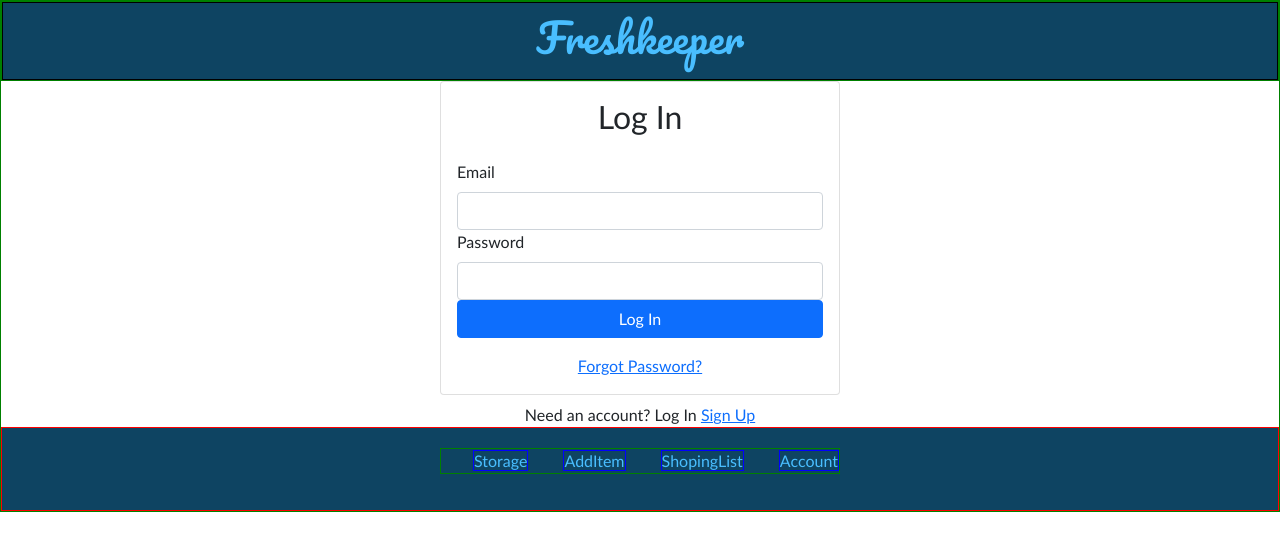
Repository: patrik-fredlund/freshkeeper-repo
Page: /
These files come from the project's save history. The page is drawn as it stood at one moment and after the next save; the edit follows.
The browser window is 1280 px wide. The pictures show the whole page.
The project was rebuilt for these pictures with package versions that can differ from the ones it lists, and the page was loaded fresh each time. Also part of the build but not shown: src/components/Signup.js, src/components/Account.js, src/components/ForgotPassword.js, src/components/UpdateProfile.js, src/components/Storage.js, src/components/Shopinglist.js, src/components/AddItem.js.

Above is the page before, as saved 2021-10-15 23:06:50.

### public/index.html
<!DOCTYPE html>
<html lang="en">

<head>
  <meta charset="utf-8" />
  <link rel="icon" href="%PUBLIC_URL%/favicon.ico" />
  <meta name="viewport" content="width=device-width, initial-scale=1" />
  <meta name="theme-color" content="#000000" />
  <meta name="description" content="Web site created using create-react-app" />
  <link rel="apple-touch-icon" href="%PUBLIC_URL%/logo192.png" />

  <link rel="manifest" href="%PUBLIC_URL%/manifest.json" />

  <title>Freshkeeper</title>
</head>

<body>
  <noscript>You need to enable JavaScript to run this app.</noscript>
  <div id="root"></div>

</body>

</html>

### src/index.js
import React from 'react';
import ReactDOM from 'react-dom';
import App from './components/App';
import 'bootstrap/dist/css/bootstrap.min.css';

ReactDOM.render(
  <React.StrictMode>
    <App />
  </React.StrictMode>,
  document.getElementById('root')
);

### src/components/App.js
import { Container } from 'react-bootstrap';
import '../App.css';
import Signup from './Signup';
import { AuthProvider } from '../context/AuthContext';
import { BrowserRouter as Router, Switch, Route } from 'react-router-dom';
import Account from './Account';
import Login from './Login';
import PrivateRoute from './PrivateRoute';
import ForgotPassword from './ForgotPassword';
import UpdateProfile from './UpdateProfile';
import Storage from './Storage';
import { AppWrap } from './appStyles';
import Header from './header/header';
import ShopingList from './Shopinglist';
import AddItem from './AddItem';
import Navbar from './navbar/Navbar';

function App() {
  return (
    <AppWrap>
      <Header />
      <Container
        className='d-flex align-items-center justify-content-center'
        // style={{ minHeight: '10vh' }}
      >
        <div className='w-100' style={{ maxWidth: '400px' }}>
          <Router>
            <AuthProvider>
              <Switch>
                <PrivateRoute exact path='/' component={Storage} />
                <PrivateRoute path='/additem' component={AddItem} />
                <PrivateRoute path='/shopinglist' component={ShopingList} />
                <PrivateRoute path='/account' component={Account} />
                <PrivateRoute
                  path='/update-profile'
                  component={UpdateProfile}
                />
                <Route path='/signup' component={Signup} />
                <Route path='/login' component={Login} />
                <Route path='/forgot-password' component={ForgotPassword} />
              </Switch>
            </AuthProvider>
          </Router>
        </div>
      </Container>
      <Navbar />
    </AppWrap>
  );
}

export default App;

### src/App.css
@import url('https://fonts.googleapis.com/css2?family=Pacifico&display=swap');

* {
  box-sizing: border-box;
  margin: 0;
  padding: 0;
  font-family: 'Gill Sans', 'Gill Sans MT', Calibri, 'Trebuchet MS', sans-serif;
}

.container {
  display: flex;
  flex-direction: column;
  justify-content: center;
  align-items: center;
}

.top_nav {
  display: flex;
  flex-direction: row;
  justify-content: center;
  align-items: center;
  padding: 14px 16px 14px 18px;

  position: absolute;
  width: 414px;
  height: 65px;
  left: 0px;
  top: 0px;

  background: #0e4462;
  border-radius: 4px;
}

.freshkeeper_header {
  position: static;

  font-family: 'Pacifico', cursive;

  font-weight: normal;
  font-size: 20px;

  display: flex;
  align-items: center;
  text-align: center;

  color: #49beff;

  /* Inside Auto Layout */

  flex: none;
  order: 0;
  flex-grow: 0;
  margin: 0px 10px;
}

### src/context/AuthContext.js
import React, { useContext, useState, useEffect } from 'react';
import { auth } from '../firebase';

const AuthContext = React.createContext();

export function useAuth() {
  return useContext(AuthContext);
}

export function AuthProvider({ children }) {
  const [currentUser, setCurrentUser] = useState();
  const [loading, setLoading] = useState(true);

  function signup(email, password) {
    return auth.createUserWithEmailAndPassword(email, password);
  }

  function login(email, password) {
    return auth.signInWithEmailAndPassword(email, password);
  }

  function logout() {
    return auth.signOut();
  }

  function resetPassword(email) {
    return auth.sendPasswordResetEmail(email);
  }

  function updateEmail(email) {
    return currentUser.updateEmail(email);
  }

  function updatePassword(password) {
    return currentUser.updatePassword(password);
  }

  useEffect(() => {
    const unsubscribe = auth.onAuthStateChanged((user) => {
      setCurrentUser(user);
      setLoading(false);
    });
    return unsubscribe;
  }, []);

  const value = {
    currentUser,
    login,
    signup,
    logout,
    resetPassword,
    updateEmail,
    updatePassword,
  };

  return (
    <AuthContext.Provider value={value}>
      {!loading && children}
    </AuthContext.Provider>
  );
}

### src/components/Login.js
import React, { useRef, useState } from 'react';
import { Form, Button, Card, Alert } from 'react-bootstrap';
import { useAuth } from '../context/AuthContext';
import { Link, useHistory } from 'react-router-dom';

export default function Login() {
  const emailRef = useRef();
  const passwordRef = useRef();
  const { login } = useAuth();
  const [error, setError] = useState('');
  const [loading, setLoading] = useState(false);
  const history = useHistory();

  async function handleSubmit(e) {
    e.preventDefault();

    try {
      setError('');
      setLoading(true);
      await login(emailRef.current.value, passwordRef.current.value);
      history.push('/');
    } catch {
      setError('Failed to Log In');
    }

    setLoading(false);
  }

  return (
    <>
      <Card>
        <Card.Body>
          <h2 className='text-center mb-4'>Log In</h2>

          {error && <Alert variant='danger'>{error}</Alert>}
          <Form onSubmit={handleSubmit}>
            <Form.Group id='email'>
              <Form.Label>Email</Form.Label>
              <Form.Control type='email' ref={emailRef} required />
            </Form.Group>
            <Form.Group id='password'>
              <Form.Label>Password</Form.Label>
              <Form.Control type='password' ref={passwordRef} required />
            </Form.Group>

            <Button disabled={loading} className='w-100' type='submit'>
              Log In
            </Button>
          </Form>
          <div className='w-100 text-center mt-3'>
            <Link to='/forgot-password'>Forgot Password?</Link>
          </div>
        </Card.Body>
      </Card>
      <div className='w-100 text-center mt-2'>
        Need an account? Log In <Link to='/signup'>Sign Up </Link>
      </div>
    </>
  );
}

### src/components/PrivateRoute.js
import React from 'react';
import { Route, Redirect } from 'react-router-dom';
import { useAuth } from '../context/AuthContext';

export default function PrivateRoute({ component: Component, ...rest }) {
  const { currentUser } = useAuth();

  return (
    <Route
      {...rest}
      render={(props) => {
        return currentUser ? (
          <Component {...props} />
        ) : (
          <Redirect to='/login' />
        );
      }}
    ></Route>
  );
}

### src/components/appStyles.js
import styled from 'styled-components';

export const AppWrap = styled.div`
  /* display: flex;
  flex-flow: column; */
  width: 100%;
  border: 1px solid green;
`;

### src/components/header/header.js
import React from 'react';
import GlobalStyle from '../globalStyles';
import { HeaderWrap } from './headerStyles';

function Header() {
  return (
    <HeaderWrap>
      <GlobalStyle />
      {/* <div className='top_nav'>
        <h2 className='freshkeeper_header'>Freshkeeper</h2>
      </div> */}
      <div className='headerContainer'>
        <h1>Freshkeeper</h1>
      </div>
    </HeaderWrap>
  );
}

export default Header;

### src/components/navbar/Navbar.js
import React from 'react';
import { AppWrap } from '../appStyles';
import { HeaderWrap } from '../header/headerStyles';
import { MenuList } from './MenuList';
import { NavbarStyles } from './navbarStyles';

const Navbar = () => {
  const menuList = MenuList.map(({ url, title, index }) => {
    return (
      <li key={index}>
        <a href={url}>{title}</a>
      </li>
    );
  });

  return (
    <NavbarStyles>
      <ul className='menu-list'>{menuList} </ul>
    </NavbarStyles>
  );
};

export default Navbar;

### src/firebase.js
import firebase from 'firebase/compat/app';
import 'firebase/compat/auth';

const app = firebase.initializeApp({
  apiKey: process.env.REACT_APP_FIREBASE_API_KEY,
  authDomain: process.env.REACT_APP_FIREBASE_AUTH_DOMAIN,
  projectId: process.env.REACT_APP_FIREBASE_PROJECT_ID,
  storageBucket: process.env.REACT_APP_FIREBASE_STORAGE_BUCKET,
  messagingSenderId: process.env.REACT_APP_FIREBASE_MESSAGE_SENDER_ID,
  appId: process.env.REACT_APP_FIREBASE_APP_ID,
});

export const auth = app.auth();
export default app;

### src/components/globalStyles.js
import { createGlobalStyle } from 'styled-components';

const GlobalStyle = createGlobalStyle`
@import url('https://fonts.googleapis.com/css2?family=Pacifico&display=swap');

  h1 {
     font-family: 'pacifico';
  }
`;

export default GlobalStyle;

### src/components/header/headerStyles.js
import styled from 'styled-components';

export const HeaderWrap = styled.div`
  width: 100%;
  border: 1px solid green;

  .headerContainer {
    border: 1px solid black;
    background-color: #0e4462;
    color: #49beff;
    padding: 10px 0;
    display: flex;
    align-items: center;
    justify-content: center;
  }
`;

### src/components/navbar/MenuList.js
export const MenuList = [
  {
    title: 'Storage',
    url: '/',
  },
  {
    title: 'AddItem',
    url: '/additem',
  },
  {
    title: 'ShopingList',
    url: '/shopinglist',
  },
  {
    title: 'Account',
    url: '/account',
  },
];

### src/components/navbar/navbarStyles.js
import styled from 'styled-components';

export const NavbarStyles = styled.div`
  border: 1px solid red;
  display: flex;
  /* max-width: 400px; */
  justify-content: center;
  align-items: center;
  background-color: #0e4462;
  padding: 20px;
  position: relative;
  z-index: 99;
  margin: auto;

  .menu-list {
    display: flex;
    align-items: center;
    list-style-type: none;
    width: 100%;
    border: 1px solid green;
    justify-content: space-between;
    max-width: 400px;

    /* padding: 10px 10px; */
  }

  a {
    color: #49beff;

    text-decoration: none;
    border: 1px solid blue;
    /* padding: 10px; */
  }
`;

After the next save:
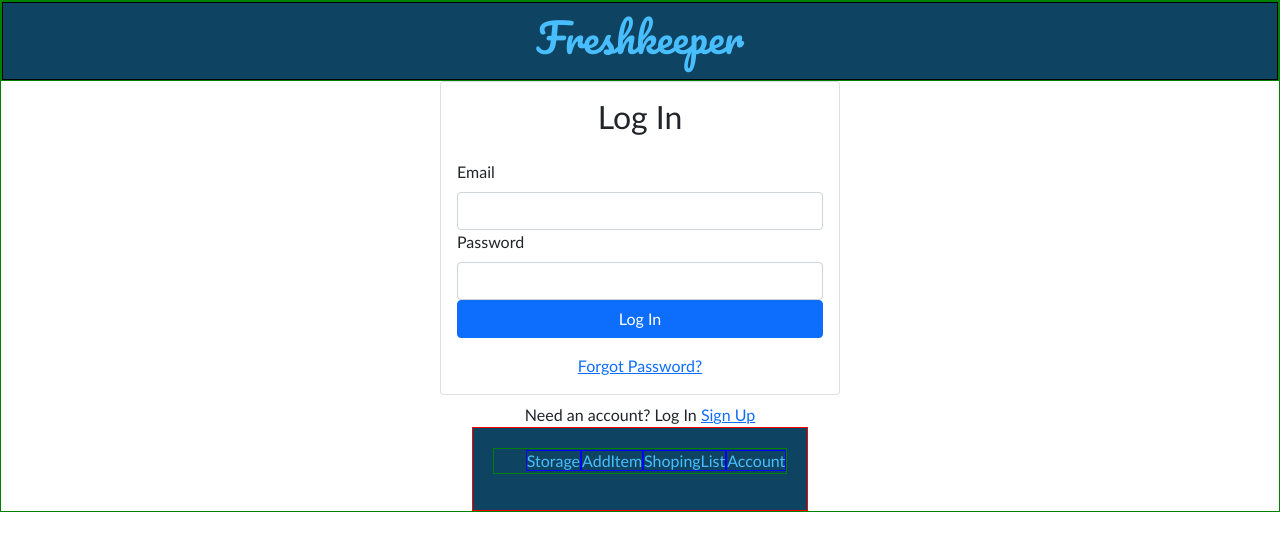
Saved 2 min 38 s later.
--- a/src/components/appStyles.js
+++ b/src/components/appStyles.js
@@ -1,8 +1,7 @@
 import styled from 'styled-components';
 
 export const AppWrap = styled.div`
-  /* display: flex;
-  flex-flow: column; */
-  width: 100%;
+  display: flex;
+  flex-flow: column;
   border: 1px solid green;
 `;
